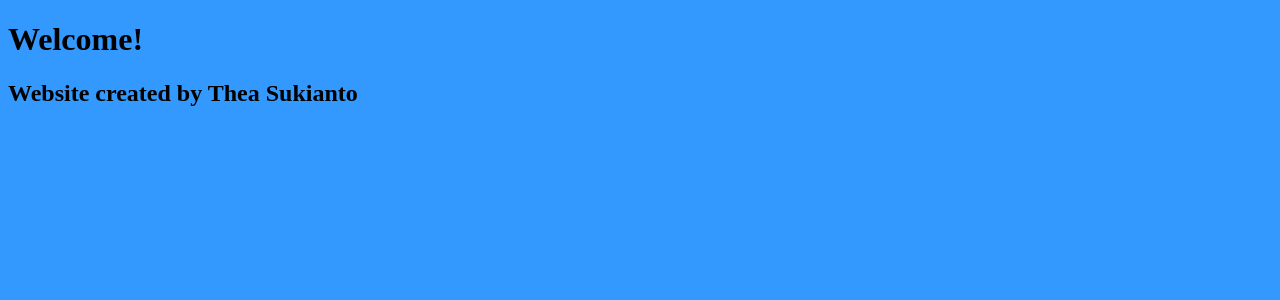
Repository: m-rabbit/b1_sukianto_code
Page: websites/MyIntroWebsite_01/index.html
The author's editor kept a copy of each file at every save. The page is drawn from the files as they stood at one save, then again after the next save.
The browser window is 1280 px wide. The pictures show the whole page.

Above is the page before, as saved 2016-08-25 15:00:44.

### websites/MyIntroWebsite_01/index.html
<!DOCTYPE html>

<html>

	<head>

		<meta charset="UTF-8">
		<title> Thea's Intro Website </title>
		<link rel="stylesheet" type="text/css" href="CSS/intro.css">

	</head>

	<body>
		<h1> Welcome! </h1>
		<h2> Website created by Thea Sukianto </h2>
	</body>
</html>

### websites/MyIntroWebsite_01/CSS/intro.css
body {
	background-color: #3399ff;
}

After the next save:
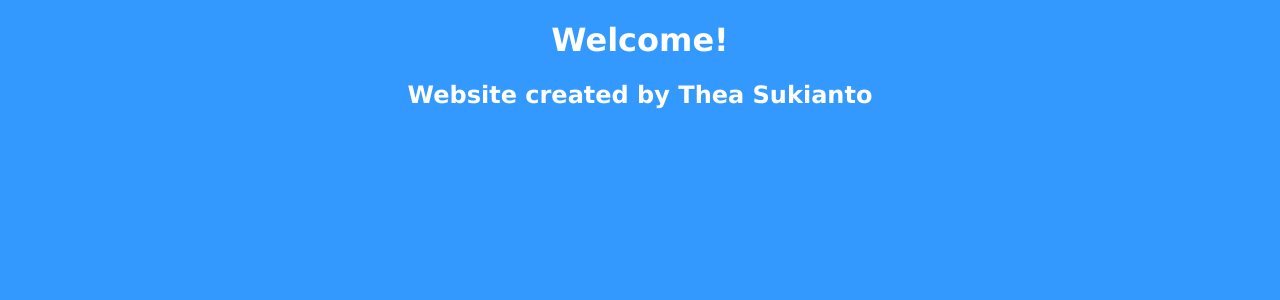
Saved 2 min 31 s later.
--- a/websites/MyIntroWebsite_01/CSS/intro.css
+++ b/websites/MyIntroWebsite_01/CSS/intro.css
@@ -1,3 +1,14 @@
 body {
 	background-color: #3399ff;
+	font-family: Verdana, Arial;
 }
+
+h1{
+	text-align: center;
+	color: #ffffff;
+}
+
+h2{
+	text-align: center;
+	color: #ffffff;
+}
